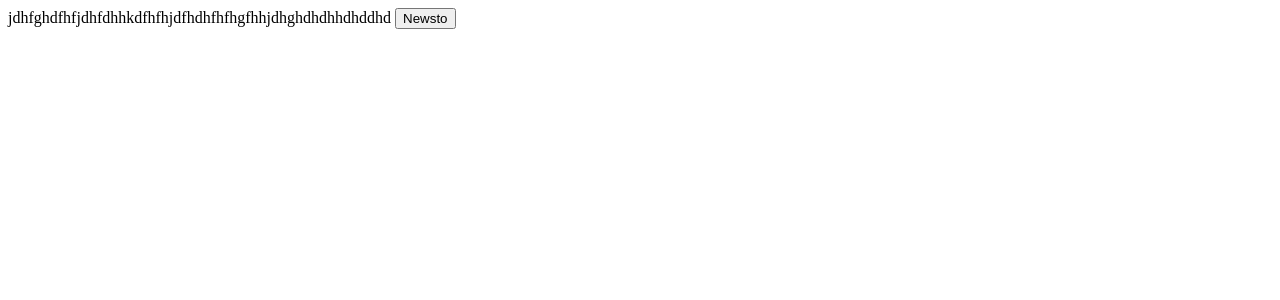
Repository: Aki-Coder/MIS_Project
Page: http://localhost/FakultetSpring/index.jsp
An editor plug-in stored every save of this project. The page is shown before and after the next save, followed by the edit.
The browser window is 1280 px wide. The pictures show the whole page.
The page is served by Tomcat 9. Other server files are loaded and not shown.

Above is the page before, as saved 2020-06-16 12:19:57.

### FakultetSpring/src/main/webapp/index.jsp
<%@ page language="java" contentType="text/html; charset=ISO-8859-1"
    pageEncoding="ISO-8859-1"%>
<!DOCTYPE html>
<html>
<head>
<meta charset="ISO-8859-1">
<title>Insert title here</title>
</head>
<body>
jdhfghdfhfjdhfdhhkdfhfhjdfhdhfhfhgfhhjdhghdhdhhdhddhd

<input type="submit" value="Newsto">
</body>
</html>

After the next save:
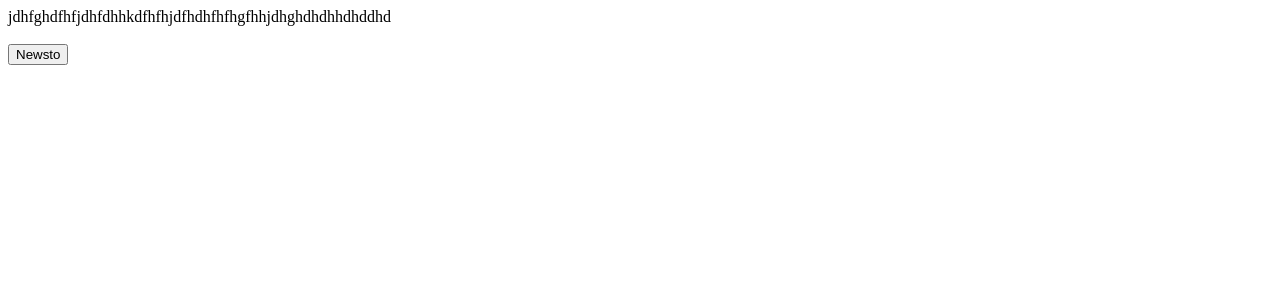
Saved 5 s later.
--- a/FakultetSpring/src/main/webapp/index.jsp
+++ b/FakultetSpring/src/main/webapp/index.jsp
@@ -7,7 +7,7 @@
 <title>Insert title here</title>
 </head>
 <body>
-jdhfghdfhfjdhfdhhkdfhfhjdfhdhfhfhgfhhjdhghdhdhhdhddhd
+jdhfghdfhfjdhfdhhkdfhfhjdfhdhfhfhgfhhjdhghdhdhhdhddhd <br><br>
 
 <input type="submit" value="Newsto">
 </body>
